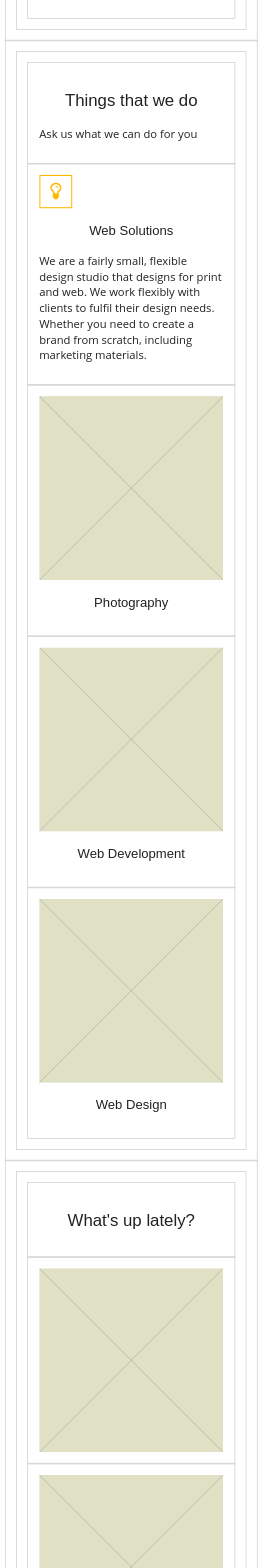
Repository: lpcmendoza/LAB02BF_Group9
Page: index.html
The author's editor kept a copy of each file at every save. The page is drawn from the files as they stood at one save, then again after the next save.
The browser window is 375 px wide. The pictures show the part of the page from y = 977 to 3217 px (the page is 7022 px tall before and 7014 px after), at 70% of full size.

Above is the page before, as saved 2024-02-11 21:11:29.

### index.html
<!doctype html>
<html class="no-js" lang="en">

<head>
  <meta charset="utf-8">
  <meta name="viewport" content="width=device-width, initial-scale=1">
  <title>Metrolics</title>
  <link rel="stylesheet" href="css/style.css">
  <meta name="description" content="Group Blog">

  <meta property="og:title" content="Metrolics">
  <meta property="og:type" content="website">
  <meta property="og:url" content="">
  <meta property="og:image" content="">

  <link rel="icon" href="/favicon.ico" sizes="any">
  <link rel="icon" href="/icon.svg" type="image/svg+xml">
  <link rel="apple-touch-icon" href="icon.png">

  <link rel="manifest" href="site.webmanifest">
  <meta name="theme-color" content="#fafafa">
</head>

<body>

  <header class="page-header page-header-home">
    <div class="inner-container">
      <div class="content-container">
        <h1>Metrolics</h1>
      </div>
      <div class="content-container">
        <button class="navigation-button">Home</button>
        <button class="navigation-button">Pages</button>
        <button class="navigation-button">Portfolio</button>
        <button class="navigation-button">Blog</button>
        <button class="navigation-button">E-mail</button>
      </div>
    </div>
  </header>

  <div class="section section-image">
    <div class="inner-container">
      <div class="content-container">
        <img src="img/placeholder.svg" alt="placeholder image">
      </div>
    </div>
  </div>

  <div class="section section-title">
    <div class="inner-container">
      <div class="content-container">
        <h1>Hey guys! This is the Metrolics theme. It sports a responsive layout with a mobile layout.</h1>
      </div>
    </div>
  </div>

  <div class="section section-ourthings">
    <div class="inner-container">
      <div class="content-container">
        <h2>Things that we do</h2>
        <p>Ask us what we can do for you</p>
      </div>
      <div class="content-container">
        <img class="icons" src="img/icon-web-solutions.png" alt="Web Solutions Icon">
        <h3>Web Solutions</h3>
        <p>We are a fairly small, flexible design studio that designs for print and web. We work flexibly with clients to fulfil their design needs. Whether you need to create a brand from scratch, including marketing materials.</p>
      </div>
      <div class="content-container">
        <img src="img/placeholder.svg" alt="placeholder image">
        <h3>Photography</h3>
      </div>
      <div class="content-container">
        <img src="img/placeholder.svg" alt="placeholder image">
        <h3>Web Development</h3>
      </div>
      <div class="content-container">
        <img src="img/placeholder.svg" alt="placeholder image">
        <h3>Web Design</h3>
      </div>
    </div>
  </div>

  <div class="section section-news">
    <div class="inner-container">
      <div class="content-container">
        <h2>What's up lately?</h2>
      </div>
      <div class="content-container">
        <img src="img/placeholder.svg" alt="placeholder image">
      </div>
      <div class="content-container">
        <img src="img/placeholder.svg" alt="placeholder image">
      </div>
      <div class="content-container">
        <img src="img/placeholder.svg" alt="placeholder image">
      </div>
    </div>
  </div>

  <div class="section section-projects">
    <div class="inner-container">
      <div class="content-container">
        <h2>Our latest projects</h2>
      </div>
      <div class="content-container">
        <img src="img/placeholder.svg" alt="placeholder image">
      </div>
      <div class="content-container">
        <img src="img/placeholder.svg" alt="placeholder image">
      </div>
      <div class="content-container">
        <img src="img/placeholder.svg" alt="placeholder image">
      </div>
      <div class="content-container">
        <img src="img/placeholder.svg" alt="placeholder image">
      </div>
      <div class="content-container">
        <img src="img/placeholder.svg" alt="placeholder image">
      </div>
      <div class="content-container">
        <img src="img/placeholder.svg" alt="placeholder image">
      </div>
    </div>
  </div>

  <div class="section section-things">
    <div class="inner-container">
      <div class="content-container">
        <h2>Things of above</h2>
      </div>
      <div class="content-container">
        <p>content</p>
      </div>
      <div class="content-container">
        <p>content</p>
      </div>
    </div>
  </div>

  <div class="section section-clients">
    <div class="inner-container">
      <div class="content-container">
        <p>client</p>
      </div>
      <div class="content-container">
        <p>client</p>
      </div>
      <div class="content-container">
        <p>client</p>
      </div>
      <div class="content-container">
        <p>client</p>
      </div>
      <div class="content-container">
        <p>client</p>
      </div>
    </div>
  </div>

  <footer>
    <div class="page-footer page-footer-home">
      <div class="inner-container">
        <div class="content-container">
          <h2>footer</h2>
        </div>
        <div class="content-container">
          <p>content</p>
        </div>
        <div class="content-container">
          <p>content</p>
        </div>
        <div class="content-container">
          <p>content</p>
        </div>
        <div class="content-container">
          <p>content</p>
        </div>
      </div>
    </div>
  </footer>

  <script src="js/app.js"></script>

</body>

</html>

### css/style.css
/* ==========================================================================
    [Table of contents]

    1. BASE
        1.1 Page Rendering Defaults
        1.2 Core Styling
        1.3 Typography
    2. LAYOUT
        2.1 Core Layout
        2.2 Small only
        2.3 medium and up
        2.4 Medium only
        2.5 large screens and up
        2.6 Large only
    3. MODULES
    4. STATES
    5. THEME
    6. UTILITY classes
    7. PRINT

    refer to http://smacss.com/
    ========================================================================== */


/* ==========================================================================
   BASE
   ========================================================================== */


/* 1.1 Page Rendering Defaults */

html {
  color: #222;
  font-size: 1em;
  line-height: 1.4;
}

/*
* Remove text-shadow in selection highlight:
* https://twitter.com/miketaylr/status/12228805301
*
* Customize the background color to match your design.
*/

::-moz-selection {
background: #b3d4fc;
text-shadow: none;
}

::selection {
background: #b3d4fc;
text-shadow: none;
}

/*
* A better looking default horizontal rule
*/

hr {
display: block;
height: 1px;
border: 0;
border-top: 1px solid #ccc;
margin: 1em 0;
padding: 0;
}

/*
* Remove the gap between audio, canvas, iframes,
* images, videos and the bottom of their containers:
* https://github.com/h5bp/html5-boilerplate/issues/440
*/

audio,
canvas,
iframe,
img,
svg,
video {
vertical-align: middle;
}

/*
* Remove default fieldset styles.
*/

fieldset {
border: 0;
margin: 0;
padding: 0;
}

/*
* Allow only vertical resizing of textareas.
*/

textarea {
resize: vertical;
}

/* 1.2 Core Styling */

/* refer to https://css-tricks.com/box-sizing/ */
*,
*:before,
*:after {
  box-sizing: border-box;
}

img {
  width: 100%;
}


/* 1.3 Typgraphy */

h1,
h2,
h3,
h4,
h5,
h6 {
  font-family: Ubuntu, sans-serif;
  font-weight: 300;
  text-align: center;
}

p {
  font-family: 'Open Sans', Arial, Helvetica, sans-serif;
}


/* ==========================================================================
 2. LAYOUT
 ========================================================================== */


/* Helper to display empty layout containers*/

div,
main,
section,
footer,
header {
  outline: 1px solid #ccc;
  min-height: 1rem;
  padding: 1rem;
}


/* 2.1 Core layout */

.row {
  display: grid;
  row-gap: 1rem;
}

.col {
  position: relative;
  background-color: rgb(242, 230, 177);
}


/* ==========================================================================
 EXAMPLE Media Queries for Responsive Design.
 These examples override the primary ('mobile first') styles.
 Modify as content requires.
 Taken from https://get.foundation/sites/docs-v5/media-queries.html
 (the latest version is adjusted and no longer matches the ones used below)
 ========================================================================== */


/* 2.2 Small only */

@media screen and (max-width: 39.9375em) {
  .s-hide {
      display: none;
  }

  .icons {
      width: 3em;
      height: 3em;
  }
}


/* 2.3 medium and up */

@media screen and (min-width: 40em) {
  .row {
      max-width: 70rem;
      column-gap: 1.5rem;
      row-gap: 1.5rem;
      margin: 0 auto;
  }
  .grid {
      display: grid;
      column-gap: 0.5rem;
      row-gap: 0.5rem;
  }
  .m-col-2 {
      grid-template-columns: 1fr 1fr;
  }
  .m-col-3 {
      grid-template-columns: repeat(3, 1fr);
  }
  .m-col-4 {
      grid-template-columns: repeat(4, 1fr);
  }
  .m-col-5 {
      grid-template-columns: repeat(5, 1fr);
  }
  .m-1-2 {
      grid-template-columns: 1fr 2fr;
  }
}


/* 2.4 Medium only */

@media screen and (min-width: 40em) and (max-width: 63.9375em) {
  .m-row-span {
      grid-column-start: 1;
      grid-column-end: -1;
  }
  .m-hide {
      display: none;
  }
}


/* 2.5 large screens and up 2.6 Large only */

@media screen and (min-width: 64em) {
  .l-col-2 {
      grid-template-columns: 1fr 1fr;
  }
  .l-col-3 {
      grid-template-columns: repeat(3, 1fr);
  }
  .l-col-4 {
      grid-template-columns: repeat(4, 1fr);
  }
  .l-col-5 {
      grid-template-columns: repeat(5, 1fr);
  }
  .l-col-6 {
      grid-template-columns: repeat(6, 1fr);
  }
  .l-row-span {
      grid-column-start: 1;
      grid-column-end: -1;
  }
  .l-hide {
      display: none;
  }
}


/* ==========================================================================
 2. MODULES
 ========================================================================== */


/* ==========================================================================
 2. STATES
 ========================================================================== */


/* ==========================================================================
 2. THEME
 ========================================================================== */


/* ==========================================================================
 6. UTILITY classes
 ========================================================================== */
/*
* Hide visually and from screen readers
*/

.hidden,
[hidden] {
display: none !important;
}

/*
* Hide only visually, but have it available for screen readers:
* https://snook.ca/archives/html_and_css/hiding-content-for-accessibility
*
* 1. For long content, line feeds are not interpreted as spaces and small width
*    causes content to wrap 1 word per line:
*    https://medium.com/@jessebeach/beware-smushed-off-screen-accessible-text-5952a4c2cbfe
*/

.visually-hidden {
border: 0;
clip: rect(0, 0, 0, 0);
height: 1px;
margin: -1px;
overflow: hidden;
padding: 0;
position: absolute;
white-space: nowrap;
width: 1px;
/* 1 */
}

/*
* Extends the .visually-hidden class to allow the element
* to be focusable when navigated to via the keyboard:
* https://www.drupal.org/node/897638
*/

.visually-hidden.focusable:active,
.visually-hidden.focusable:focus {
clip: auto;
height: auto;
margin: 0;
overflow: visible;
position: static;
white-space: inherit;
width: auto;
}

/*
* Hide visually and from screen readers, but maintain layout
*/

.invisible {
visibility: hidden;
}

/*
* Clearfix: contain floats
*
* The use of `table` rather than `block` is only necessary if using
* `::before` to contain the top-margins of child elements.
*/

.clearfix::before,
.clearfix::after {
content: "";
display: table;
}

.clearfix::after {
clear: both;
}

@media print,
(-webkit-min-device-pixel-ratio: 1.25),
(min-resolution: 1.25dppx),
(min-resolution: 120dpi) {
/* Style adjustments for high resolution devices */
}

/* ==========================================================================
 Print styles.
 Inlined to avoid the additional HTTP request:
 https://www.phpied.com/delay-loading-your-print-css/
 ========================================================================== */

@media print {
*,
*::before,
*::after {
  background: #fff !important;
  color: #000 !important;
  /* Black prints faster */
  box-shadow: none !important;
  text-shadow: none !important;
}

a,
a:visited {
  text-decoration: underline;
}

a[href]::after {
  content: " (" attr(href) ")";
}

abbr[title]::after {
  content: " (" attr(title) ")";
}

/*
 * Don't show links that are fragment identifiers,
 * or use the `javascript:` pseudo protocol
 */
a[href^="#"]::after,
a[href^="javascript:"]::after {
  content: "";
}

pre {
  white-space: pre-wrap !important;
}

pre,
blockquote {
  border: 1px solid #999;
  page-break-inside: avoid;
}

tr,
img {
  page-break-inside: avoid;
}

p,
h2,
h3 {
  orphans: 3;
  widows: 3;
}

h2,
h3 {
  page-break-after: avoid;
}
}

Loaded but not shown: js/app.js (no stored copy; drawn as an empty file)

After the next save:
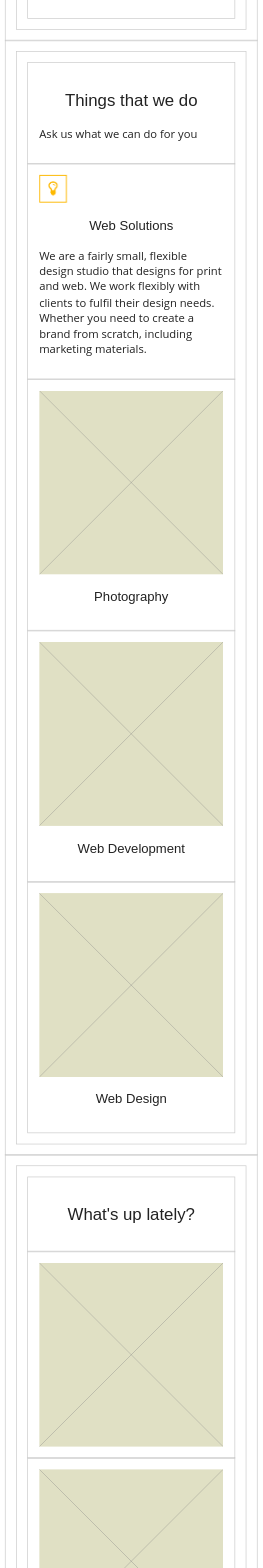
Saved 15 s later.
--- a/css/style.css
+++ b/css/style.css
@@ -178,8 +178,8 @@
   }
 
   .icons {
-      width: 3em;
-      height: 3em;
+      width: 40px;
+      height: 40px;
   }
 }
 
